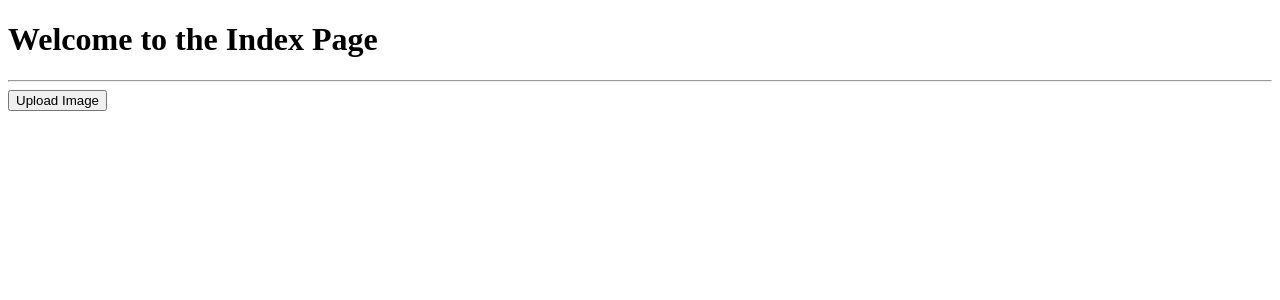
Repository: Rida702/ServerTesting
Page: http://localhost/
An editor plug-in stored every save of this project. The page is shown before and after the next save, followed by the edit.
The browser window is 1280 px wide. The pictures show the whole page.
The page is served by the project's application, run on Django 5.2 (manage.py). Other server files are loaded and not shown.

Above is the page before, as saved 2023-12-31 23:35:28.

### backend/templates/index.html

<!-- upload_index.html -->
<!DOCTYPE html>
<html lang="en">
<head>
    <meta charset="UTF-8">
    <meta name="viewport" content="width=device-width, initial-scale=1.0">
    <title>Upload and Index Page</title>
</head>
<body>

    <h1>Welcome to the Index Page</h1>

    <hr>

    <form method="post" enctype="multipart/form-data">
        {% csrf_token %}
        {{ form }}
        <button type="submit">Upload Image</button>
    </form>

</body>
</html>

### backend/imageApp/views.py
# views.py
from django.shortcuts import render
from .forms import ImageUploadForm
from PIL import Image
import os
from django.conf import settings
from django.core.files import File

def index_view(request):
    return render(request, 'index.html')

def upload_view(request):
    return render(request, 'upload.html')


def grayscale_image(image_path):
    img = Image.open(image_path).convert('L')
    save_path = os.path.join('media', 'grayscaled')
    print(save_path)
    #save_path = os.path.join(settings.MEDIA_ROOT, 'grayscaled')
    os.makedirs(save_path, exist_ok=True)
    grayscale_filename = f"grayscaled_{os.path.basename(image_path)}"
    grayscale_path = os.path.join(save_path, grayscale_filename)

    # Use Django's File class to handle file saving
    with open(grayscale_path, 'wb') as f:
        img.save(f, format="JPEG")

    return grayscale_path

def upload_image(request):
    if request.method == 'POST':
        form = ImageUploadForm(request.POST, request.FILES)
        if form.is_valid():
            uploaded_image = form.save()


            grayscale_path = grayscale_image(uploaded_image.image.path)
            print(f"Original Image Path: {uploaded_image.image.path}")
            print(f"Grayscale Image Path: {grayscale_path}")

            # Construct the relative path manually
            relative_path = os.path.relpath(grayscale_path, settings.MEDIA_ROOT)

            # Ensure there is no leading slash
            relative_path = relative_path.lstrip('/')

            uploaded_image.grayscale_image = f'media/{relative_path}'
            uploaded_image.save()
            grayscale_path = grayscale_image(uploaded_image.image.path)
            print(f"Original Image Path: {uploaded_image.image.path}")
            print(f"Grayscale Image Path: {grayscale_path}")

            return render(request, 'result.html', {'uploaded_image': uploaded_image})
    else:
        form = ImageUploadForm()
    return render(request, 'upload.html', {'form': form})

### backend/core/urls.py
from django.conf import settings
from django.conf.urls.static import static
from django.contrib import admin
from django.urls import path, include
from imageApp.views import index_view, upload_image

urlpatterns = [
    path("admin/", admin.site.urls),
    path('', index_view, name='index'),
    #path('', include('imageApp.urls')),
    #path('upload/', upload_image, name='upload_image'),
    path('', upload_image, name='upload_image'),
]

if settings.DEBUG:
    urlpatterns += static(settings.MEDIA_URL, document_root=settings.MEDIA_ROOT)

After the next save:
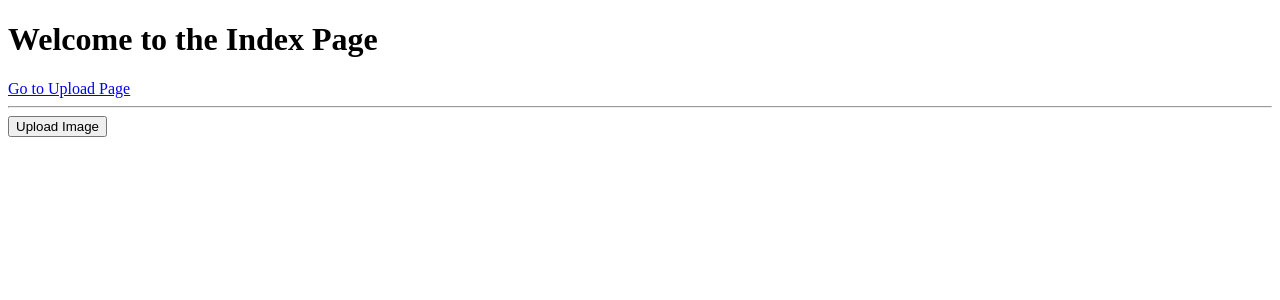
Saved 30 s later.
--- a/backend/templates/index.html
+++ b/backend/templates/index.html
@@ -1,4 +1,3 @@
-
 <!-- upload_index.html -->
 <!DOCTYPE html>
 <html lang="en">
@@ -10,6 +9,7 @@
 <body>
 
     <h1>Welcome to the Index Page</h1>
+    <a href="{% url 'upload_image' %}">Go to Upload Page</a>
 
     <hr>
 
